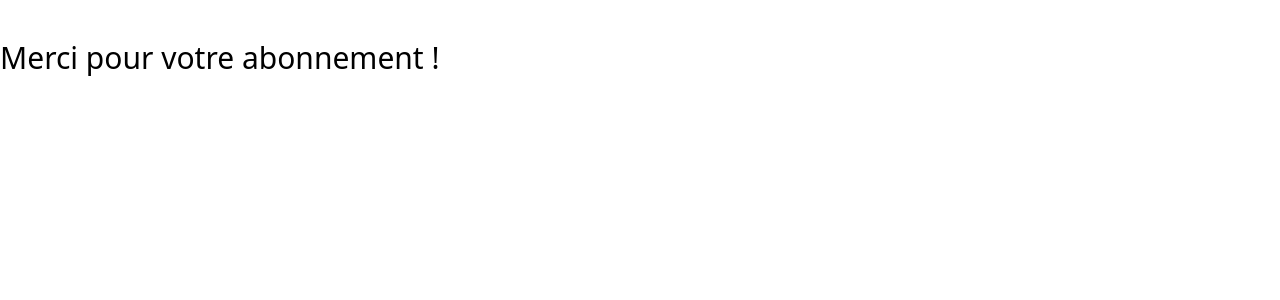
Repository: Irajiack/TP2_CamilleElisabethBleau_CarmenFerlatte
Page: confirmation.html
These files come from the project's save history. The page is drawn as it stood at one moment and after a run of saves; the edit follows.
The browser window is 1280 px wide. The pictures show the whole page.
Some web libraries are served in a nearby version.

Above is the page before, as saved 2024-06-23 14:02:43.

After the next 2 saves:
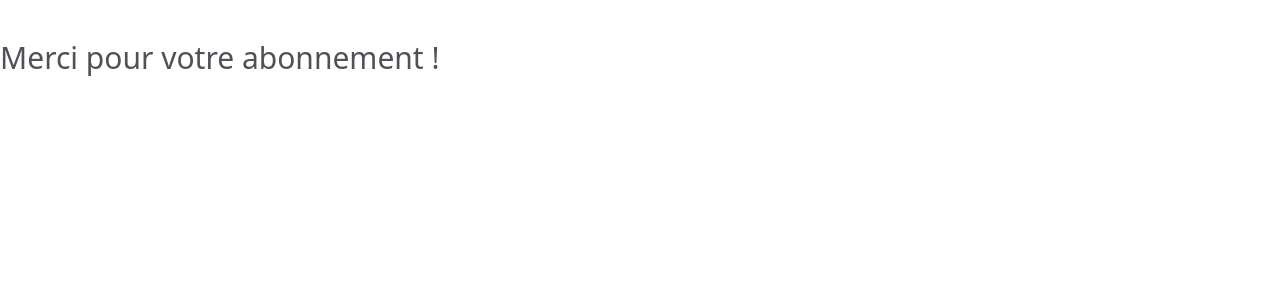
The 2 saves are shown as one change because they came seconds apart.
The last was saved 8 s later.
--- a/confirmation.html
+++ b/confirmation.html
@@ -9,7 +9,7 @@
 <body>
     <main>
         <div class="flex w-screen h-screen bg[f1f4f6]">
-            <h1 class="text-center mt-10 text-3xl text-[]">Merci pour votre abonnement !</h1>
+            <h1 class="text-center mt-10 text-3xl text-[#544F57]">Merci pour votre abonnement !</h1>
         </div>
     </main>
 </body>
